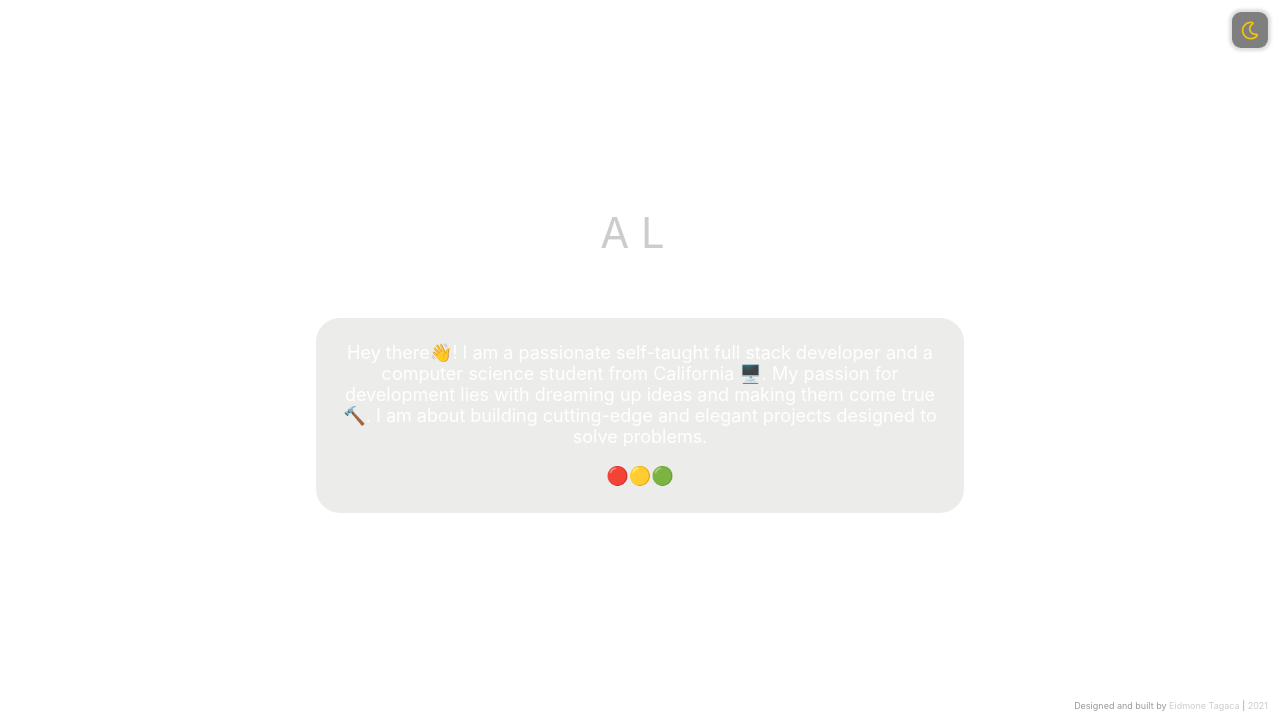
Repository: Tagaca19e/ET
Page: /
The author's editor kept a copy of each file at every save. The page is drawn from the files as they stood at one save, then again after the next save.
The browser window is 1280 px wide. The pictures show the whole page.
The project was rebuilt for these pictures with package versions that can differ from the ones it lists, and the page was loaded fresh each time. Also part of the build but not shown: src/icons/Sun.jsx, src/icons/Resume.jsx.

Above is the page before, as saved 2021-07-22 23:49:52.

### public/index.html
<!DOCTYPE html>
<html lang="en">
  <head>
    <meta charset="utf-8" />

    <!-- <meta name="title" property="og:title" content="Adam Alston" />
    <meta
      name="description"
      property="og:description"c
      content="Source: https://github.com/adamalston/v2"
    />

    <meta property="og:site_name" content="Personal Website" />
    <meta property="og:url" content="http://www.adamalston.com/" />
    <meta property="og:locale" content="en_US" />
    <meta property="og:image" content="https://git.io/JUWDe" />
    <meta property="og:image:type" content="image/png" />
    <meta property="og:image:width" content="1280" />
    <meta property="og:image:height" content="640" />
    <meta property="og:image:alt" content="adamalston.com" />
    <meta property="og:type" content="website" /> -->

    <link rel="icon" href="%PUBLIC_URL%/favicon.svg" />
    <link rel="canonical" href="https://adamalston.com" />
    <link rel="apple-touch-icon" href="%PUBLIC_URL%/favicon.svg" />
    <link rel="manifest" href="%PUBLIC_URL%/manifest.webmanifest" />

    <title>Eidmone</title>
  </head>
  <body>
    <noscript>
      Enable JavaScript to see this website.
      <a href="https://github.com/Tagaca19e/ET"> Source</a>
    </noscript>
    <div id="root"></div>
  </body>
</html>

### src/App/App.jsx
import React from "react";

import { ThemeProvider } from "./AppContext";
import { Toggle, Content, Buttons, Footer, Particles } from "./../components";
import "./app.scss";

const App = () => {
  return (
    <ThemeProvider>
      <div className="app">
        <Toggle />
        <Content />
        <Buttons />
        <Footer />
        <Particles />
      </div>
    </ThemeProvider>
  );
};

export default App;

### src/App/AppContext.jsx
import React, { createContext } from 'react';

import usePersistentState from './../hooks/PersistentState';
import { dark, light } from '../themes/Theme';

export const AppContext = createContext({
  isDark: Boolean,
  setIsDark: () => {},
});

export const ThemeProvider = ({ children }) => {
  const [isDark, setIsDark] = usePersistentState('theme', true); // default: dark mode
  const theme = isDark ? dark : light;

  const isMobile = window.matchMedia('(max-device-width: 820px) and (-webkit-min-device-pixel-ratio: 2)').matches;

  return <AppContext.Provider value={{ isDark, setIsDark, theme, isMobile }}>{children}</AppContext.Provider>;
};

### src/components/index.jsx
export * from "./Toggle";
export * from "./Content";
export * from "./Buttons";
export * from "./Footer";
export * from "./Particles";

### src/App/app.scss
html {
  overflow: hidden;
  font-size: 12px;
  font-family: -apple-system, BlinkMacSystemFont, 'Helvetica Neue', 'Segoe UI', Roboto, Oxygen, Ubuntu, Cantarell, 'Open Sans', sans-serif;
}

body {
  margin: 0;
  padding: 0;
  -webkit-font-smoothing: antialiased;
  -moz-osx-font-smoothing: grayscale;
}

.app {
  margin: 0;
  width: 100vw;
  height: 100vh;
  display: flex;
  flex-direction: column;
  align-items: center;
  justify-content: center;
  text-align: center;
}

### src/hooks/PersistentState.jsx
import { useEffect, useState } from 'react';

const usePersistentState = (key, defaultValue) => {
  const [state, setState] = useState(() => {
    const persistentState = localStorage.getItem(key);
    return persistentState ? JSON.parse(persistentState) : defaultValue;
  });

  useEffect(() => {
    window.localStorage.setItem(key, JSON.stringify(state));
  }, [state, key]);

  return [state, setState];
};

export default usePersistentState;

### src/themes/Theme.jsx
export const dark = {
  key: 'dark',
  primaryTextColor: '#FFF',
  secondaryTextColor: '#CCC',
  tertiaryTextColor: '#999',
  background: '#000',
  shadowColor: 'rgba(0, 0, 0, 0.5)',
};

export const light = {
  key: 'light',
  primaryTextColor: '#000',
  secondaryTextColor: '#333',
  tertiaryTextColor: '#777',
  background: '#FFF',
  shadowColor: 'rgba(255, 255, 255, 0.5)',
};

### src/components/Toggle.jsx
import React, { useContext } from 'react';
import styled from 'styled-components';

import { AppContext } from './../App/AppContext';
import { Moon, Sun } from './../icons';

const T = {
  Container: styled.main`
    position: fixed;
    z-index: 1;
    top: 1rem;
    right: 1rem;
    display: flex;
    flex: 1;
    align-items: center;
    justify-content: center;

    :active {
      -webkit-transform: scale(0.9);
      transform: scale(0.9);
    }
  `,
  Toggle: styled.input`
    display: none;
  `,
  Switch: styled.label`
    cursor: pointer;
    display: flex;
    width: 1.5rem;
    height: 1.5rem;
    padding: 0.75rem;
    background-color: ${({ theme }) => theme.shadowColor};
    border-radius: 25%;
    box-shadow: 0 0 0.25rem 0.25rem rgba(128, 128, 128, 0.25);
    align-items: center;
    justify-content: center;
    transition: background-color 0.5s linear;
    font-size: 0.5rem;
  `,
};

export const Toggle = () => {
  const { isDark, setIsDark, theme } = useContext(AppContext);

  return (
    <T.Container>
      <T.Toggle id='toggle' name='toggle' type='checkbox' checked={isDark} onChange={(e) => setIsDark(e.target.checked)} />
      <T.Switch theme={theme} htmlFor='toggle'>
        {isDark ? <Moon /> : <Sun />}
      </T.Switch>
    </T.Container>
  );
};

### src/components/Content.jsx
import React, { useContext } from "react";
import styled, { css } from "styled-components";
import TextLoop from "react-text-loop";

import { AppContext } from "./../App/AppContext";
import Typewriter from "typewriter-effect";

const sharedStyles = css`
  transition: color 0.5s linear;
  font-weight: normal;
  position: relative;
  z-index: 1;
`;

const C = {
  Name: styled.h1`
    ${sharedStyles};
    font-size: 6rem;
    margin: 0 0 3.5rem;
    color: ${({ theme }) => theme.primaryTextColor};
    @media only screen and (max-device-width: 820px) and (-webkit-min-device-pixel-ratio: 1.5) {
      font-size: 4.5rem;
    }
  `,
  Title: styled.h2`
    ${sharedStyles};
    font-size: 3.5rem;
    margin: 4rem 0;
    color: ${({ theme }) => theme.secondaryTextColor};
    @media only screen and (max-device-width: 820px) and (-webkit-min-device-pixel-ratio: 1.5) {
      font-size: 2.5rem;
    }
  `,
  Skills: styled.h3`
    ${sharedStyles};
    font-size: 1.5rem;
    margin: 5rem 0;
    color: ${({ theme }) => theme.primaryTextColor};
    max-width: 50rem;
    background: rgba(138, 138, 134, 0.16);
    border-radius: 2rem;
    font-style: bold;
    padding-top: 2rem;
    padding-bottom: 0.8rem;
    padding-right: 2rem;
    padding-left: 2rem;

    @media only screen and (max-device-width: 820px) and (-webkit-min-device-pixel-ratio: 1.5) {
      font-size: 1.5rem;
    }
  `,
};

function Type() {
  return (
    <Typewriter
      options={{
        strings: [
          "A Developer",
          "A Leader",
          "A Team Player",
          "A Hard Worker",
          "A Problem Solver",
          "A Student",
        ],
        autoStart: true,
        loop: true,
        deleteSpeed: 50,
      }}
    />
  );
}

export const Content = () => {
  const { theme } = useContext(AppContext);

  return (
    <div>
      <C.Name theme={theme} data-v2="name" aria-label="My name is Adam Alston">
        Eidmone Tagaca
      </C.Name>
      <C.Title
        theme={theme}
        data-v2="title"
        aria-label="I am a software engineer"
      >
        <Type
          theme={theme}
          data-v2="title"
          aria-label="I am a software engineer"
        />
      </C.Title>
      <C.Skills
        theme={theme}
        data-v2="skills"
        aria-label="My name is Adam Alston"
      >
        <p1>
          {" "}
          Hey there👋! I am a passionate self-taught full stack developer and a
          computer science student from California 🖥️. My passion for
          development lies with dreaming up ideas and making them come true 🔨.
          I am about building cutting-edge and elegant projects designed to
          solve problems.
        </p1>
        <p> 🔴🟡🟢</p>
        {/* <TextLoop interval={3000} delay={2000}>
          {[
            "Javascript  ",
            "Nodejs      ",
            "React       ",
            "Expressjs   ",
            "React Native",

            // "Cinema 4D",
          ].map((text) => (
            <span key={text}>{text}</span>
          ))}
        </TextLoop> */}
      </C.Skills>
    </div>
  );
};

### src/components/Buttons.jsx
import React, { useContext } from "react";
import styled from "styled-components";

import { AppContext } from "./../App/AppContext";
import { GitHub, LinkedIn, Resume, Email } from "./../icons";

const Container = styled.div`
  a,
  a:active,
  a:hover {
    outline: 0;
  }

  .button-container {
    display: inline-block;
    height: 6rem;
    width: 6rem;
    margin: 0 1.75rem;
  }

  .button {
    transition: color 0.5s linear;
    height: 6rem;
    width: 6rem;
    color: ${({ theme }) => theme.primaryTextColor};
    display: table-cell;
    vertical-align: middle;
    text-align: center;
    text-decoration: none;
    position: relative;
    z-index: 1;
    border-radius: 25%;
  }

  .icon {
    height: 4.5rem;
    width: 4.5rem;
    padding: 1rem;
  }

  .icon_title {
    font-size: 1.25rem;
  }

  .button:hover {
    background-color: ${({ theme }) => theme.shadowColor};
    box-shadow: 0 0 0.75rem 0.75rem rgba(128, 128, 128, 0.25);
  }

  .button:active {
    -webkit-transform: scale(0.9);
    transform: scale(0.9);
  }

  .button-container .icon_title {
    display: none;
  }

  .button-container:hover .icon_title {
    display: initial;
  }

  .button-container:hover .icon {
    display: none;
  }

  @media only screen and (max-device-width: 820px) and (-webkit-min-device-pixel-ratio: 2) {
    .button-container {
      height: 5rem;
      width: 5rem;
      margin: 0 0.8rem;
    }

    .button {
      height: 5rem;
      width: 5rem;
    }

    .icon {
      height: 4rem;
      width: 4rem;
      padding: 0.5rem;
    }

    .icon_title {
      font-size: 1rem;
    }
  }
`;

export const Buttons = () => {
  const { theme } = useContext(AppContext);

  const DATA = [
    {
      href: "https://github.com/Tagaca19e",
      aria: "Visit my GitHub profile",
      icon: <GitHub />,
      label: "GitHub",
    },
    {
      href: "https://www.linkedin.com/in/eidmone-tagaca-6ab45717b/",
      aria: "Visit my LinkedIn profile",
      icon: <LinkedIn />,
      label: "LinkedIn",
    },
    {
      href: "mailto:etagaca@csub.edu",
      aria: "Send me an email with this template",
      icon: <Email />,
      label: "Email",
    },
  ];

  return (
    <Container theme={theme}>
      {DATA.map(({ href, aria, icon, label }, i) => (
        <span className="button-container" key={i}>
          <a
            className="button"
            href={href}
            target="_self"
            aria-label={aria}
            rel="noopener noreferrer"
          >
            <div className="icon">{icon}</div>
            <span className="icon_title" data-v2={label}>
              {label}
            </span>
          </a>
        </span>
      ))}
    </Container>
  );
};

### src/components/Footer.jsx
import React, { useContext } from "react";
import styled from "styled-components";

import { AppContext } from "./../App/AppContext";

const F = {
  Container: styled.div`
    position: absolute;
    bottom: 0;
    right: 0;
    font-size: 0.75rem;
    padding-right: ${({ isMobile }) => (isMobile ? "1.5rem" : "1rem")};
    z-index: 1;
  `,
  Text: styled.p`
    transition: color 0.5s linear;
    color: ${({ theme }) => theme.tertiaryTextColor};
  `,
  Link: styled.a`
    transition: color 0.5s linear;
    text-decoration: none;
    color: ${({ theme }) => theme.secondaryTextColor};
  `,
};

export const Footer = () => {
  const { theme, isMobile } = useContext(AppContext);

  return (
    <F.Container isMobile={isMobile}>
      <F.Text theme={theme} aria-label="Designed and built by Adam Alston">
        Designed and built by&nbsp;
        <F.Link
          theme={theme}
          data-v2="creator"
          href="https://www.linkedin.com/in/eidmone-tagaca-6ab45717b/"
        >
          Eidmone Tagaca
        </F.Link>
        {isMobile ? (
          <></>
        ) : (
          <>
            &nbsp;|&nbsp;
            <F.Link
              theme={theme}
              data-v2="source"
              aria-label="Source code"
              href="https://github.com/jtagaca12/ET"
            >
              2021
            </F.Link>
          </>
        )}
      </F.Text>
    </F.Container>
  );
};

### src/components/Particles.jsx
import React, { useContext } from "react";
import styled from "styled-components";
import { Particles as ReactParticles } from "react-tsparticles";

import { AppContext } from "./../App/AppContext";

const P = {
  Container: styled.div`
    transition: background-color 0.5s linear;
    position: absolute;
    background-color: ${({ theme }) => theme.background};
    background-repeat: no-repeat;
    background-size: cover;
    background-position: 50% 50%;
    z-index: 0;
  `,
};

export const Particles = () => {
  const { theme } = useContext(AppContext);

  const OPTIONS = {
    particles: {
      number: {
        value: 100,
        density: {
          enable: true,
          area: 800,
        },
      },
      color: {
        value: ["c912ed", "00bfff", "22dd22", "ffd500", "ff8000", "ff2600"],
      },
      shape: {
        type: "square",
        stroke: {
          width: 0,
          color: "000",
        },
        polygon: {
          nb_sides: 5,
        },
        image: {
          src: "img/github.svg",
          width: 100,
          height: 100,
        },
      },
      opacity: {
        value: 0.9,
        random: false,
        anim: {
          enable: false,
          speed: 1,
          opacity_min: 0.5,
          sync: false,
        },
      },
      size: {
        value: 4,
        random: {
          enable: true,
          minimumValue: 2,
        },
        anim: {
          enable: false,
          speed: 30,
          size_min: 0.1,
          sync: true,
        },
      },
      links: {
        enable: true,
        distance: 75,
        color: "999",
        opacity: 0.9,
        width: 1,
        consent: false,
        blink: false,
      },
      move: {
        enable: true,
        speed: 2,
        direction: "none",
        random: false,
        straight: false,
        out_mode: "bounce",
        bounce: false,
        attract: {
          enable: false,
          rotateX: 600,
          rotateY: 1200,
        },
      },
    },
    interactivity: {
      detect_on: "canvas",
      events: {
        onhover: {
          enable: true,
          mode: "repulse",
        },
        onclick: {
          enable: true,
          mode: "push",
        },
        resize: true,
      },
      modes: {
        attract: {
          distance: 100,
          duration: 1,
          speed: 5,
        },
        bubble: {
          distance: 400,
          size: 40,
          duration: 2,
          opacity: 8,
          speed: 3,
        },
        grab: {
          distance: 400,
          line_linked: {
            opacity: 1,
          },
        },
        push: {
          particles_nb: 3,
        },
        remove: {
          particles_nb: 2,
        },
        repulse: {
          distance: 100,
          duration: 1,
        },
      },
    },
    retina_detect: true,
    fpsLimit: 60,
    // 3m@62^K^88745%
  };

  return (
    <P.Container theme={theme}>
      <ReactParticles width="100vw" height="100vh" options={OPTIONS} />
    </P.Container>
  );
};

### src/icons/index.jsx
export * from './Moon';
export * from './Sun';
export * from './GitHub';
export * from './LinkedIn';
export * from './Resume';
export * from './Email';

### src/icons/Moon.jsx
import React from 'react';

export const Moon = () => (
  <svg role='img' viewBox='0 0 512 512' xmlns='http://www.w3.org/2000/svg' height='4.5em' width='4.5em'>
    <title>Moon Icon</title>
    <path fill='#F1C40F' d='M279.135 512c78.756 0 150.982-35.804 198.844-94.775 28.27-34.831-2.558-85.722-46.249-77.401-82.348 15.683-158.272-47.268-158.272-130.792 0-48.424 26.06-92.292 67.434-115.836 38.745-22.05 29-80.788-15.022-88.919A257.936 257.936 0 00279.135 0c-141.36 0-256 114.575-256 256 0 141.36 114.576 256 256 256zm0-464c12.985 0 25.69 1.201 38.016 3.478-54.76 31.163-91.693 90.042-91.693 157.554 0 113.848 103.641 199.2 215.252 177.944C402.574 433.964 344.366 464 279.135 464c-114.875 0-208-93.125-208-208s93.125-208 208-208z'/>
  </svg>
);

### src/icons/GitHub.jsx
import React from 'react';

export const GitHub = () => (
  <svg role='img' viewBox='0 0 512 512' xmlns='http://www.w3.org/2000/svg'>
    <title>GitHub Icon</title>
    <path fill='currentColor' d='M296.133 354.174c49.885-5.891 102.942-24.029 102.942-110.192 0-24.49-8.624-44.448-22.67-59.869 2.266-5.89 9.515-28.114-2.734-58.947 0 0-18.139-5.898-60.759 22.669-18.139-4.983-38.09-8.163-56.682-8.163-19.053 0-39.011 3.18-56.697 8.163-43.082-28.567-61.22-22.669-61.22-22.669-12.241 30.833-4.983 53.057-2.718 58.947-14.061 15.42-22.677 35.379-22.677 59.869 0 86.163 53.057 104.301 102.942 110.192-6.344 5.452-12.241 15.873-14.507 30.387-12.702 5.438-45.808 15.873-65.758-18.592 0 0-11.795-21.31-34.012-22.669 0 0-22.224-.453-1.813 13.592 0 0 14.96 6.812 24.943 32.653 0 0 13.6 43.089 76.179 29.48v38.543c0 5.906-4.53 12.702-15.865 10.89C96.139 438.977 32.2 354.626 32.2 255.77c0-123.807 100.216-224.022 224.03-224.022 123.347 0 224.023 100.216 223.57 224.022 0 98.856-63.946 182.754-152.828 212.688-11.342 2.266-15.873-4.53-15.873-10.89V395.45c.001-20.873-6.811-34.465-14.966-41.276zM512 256.23C512 114.73 397.263 0 256.23 0 114.73 0 0 114.73 0 256.23 0 397.263 114.73 512 256.23 512 397.263 512 512 397.263 512 256.23z'/>
  </svg>
);

### src/icons/LinkedIn.jsx
import React from 'react';

export const LinkedIn = () => (
  <svg role='img' viewBox='0 0 512 512' xmlns='http://www.w3.org/2000/svg'>
    <title>LinkedIn Icon</title>
    <path fill='currentColor' d='M160.008 423h-70V197h70zm6.984-298.004c0-22.629-18.36-40.996-40.976-40.996C103.312 84 85 102.367 85 124.996 85 147.633 103.313 166 126.016 166c22.617 0 40.976-18.367 40.976-41.004zM422 298.664C422 237.996 409.184 193 338.312 193c-34.054 0-56.914 17.031-66.246 34.742H272V197h-68v226h68V310.79c0-29.388 7.48-57.856 43.906-57.856 35.93 0 37.094 33.605 37.094 59.722V423h69zM512 452V60c0-33.086-26.914-60-60-60H60C26.914 0 0 26.914 0 60v392c0 33.086 26.914 60 60 60h392c33.086 0 60-26.914 60-60zM455.26 32C466.694 32 480 45.305 480 56.74v398.52c0 11.435-13.305 24.74-24.74 24.74H56.74C45.306 480 32 466.695 32 455.26V56.74C32 45.306 45.305 32 56.74 32zM452 40'/>
  </svg>
);

### src/icons/Email.jsx
import React from 'react';

export const Email = () => (
  <svg role='img' viewBox='0 0 512 512' xmlns='http://www.w3.org/2000/svg'>
    <title>Email Icon</title>
    <path fill='currentColor' d='M464.004 4.326L15.986 262.714c-23 13.3-20.7 47.198 3.8 57.297l140.206 57.997v101.996c0 30.198 37.802 43.298 56.702 20.299l60.703-73.797L403.8 478.704c19.101 7.9 40.702-4.2 43.802-24.7l64.003-417.08c4.1-26.698-24.601-45.897-47.602-32.598zm-272.01 475.678v-88.796l54.501 22.499zm224.008-30.899l-206.208-85.196L409.302 128.12c4.8-5.6-2.9-13.199-8.5-8.4l-255.31 217.59-113.505-46.797L480.004 32.025z'/>
  </svg>
);

Loaded but not shown: src/index.jsx (common file)

After the next save:
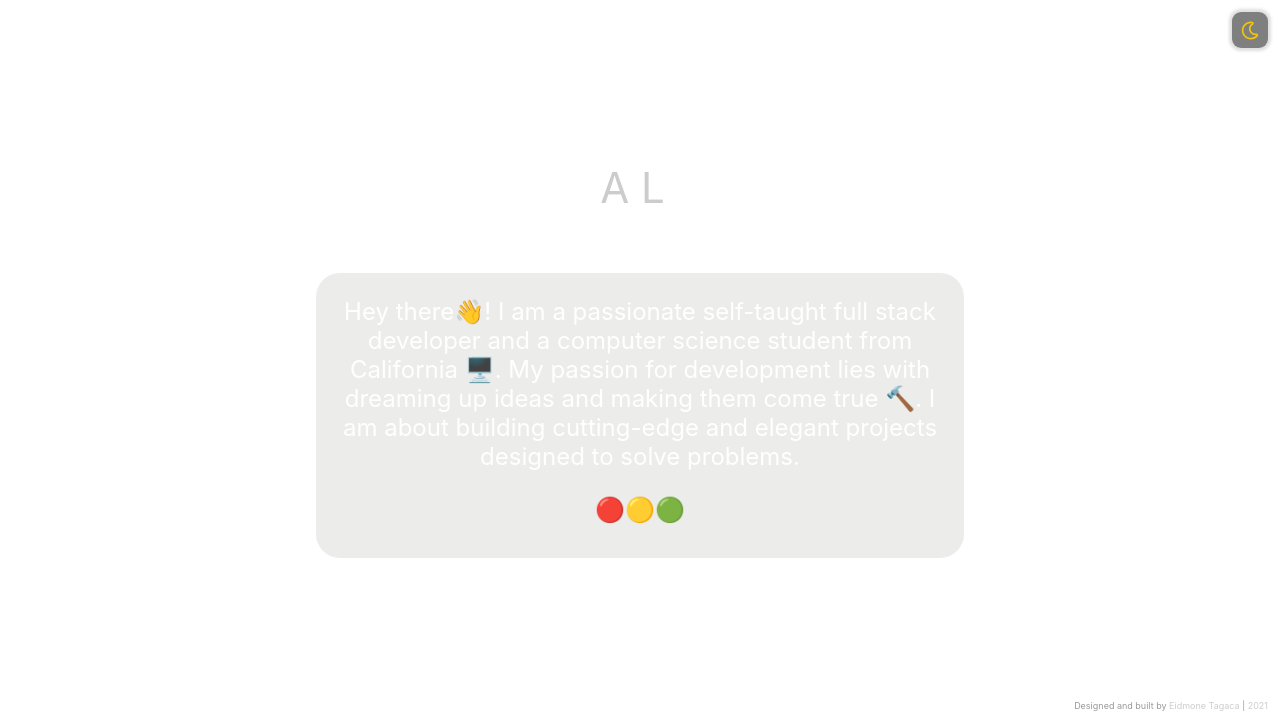
Saved 3 min 24 s later.
--- a/src/components/Content.jsx
+++ b/src/components/Content.jsx
@@ -33,7 +33,7 @@ const C = {
   `,
   Skills: styled.h3`
     ${sharedStyles};
-    font-size: 1.5rem;
+    font-size: 2rem;
     margin: 5rem 0;
     color: ${({ theme }) => theme.primaryTextColor};
     max-width: 50rem;
